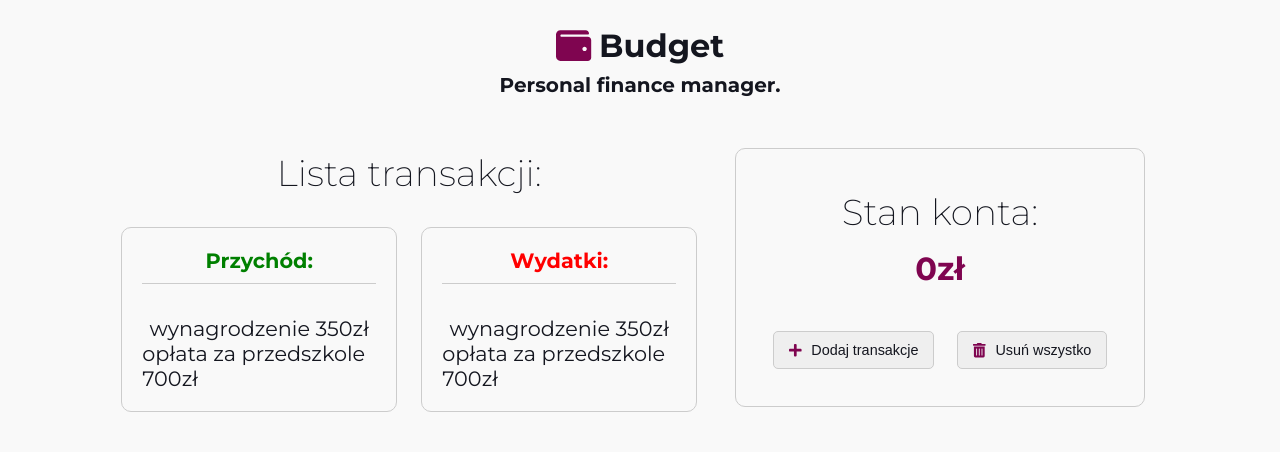
Repository: KrzysKolo/sr_tydzien4_zad4
Page: /
These files come from the project's save history. The page is drawn as it stood at one moment and after the next save; the edit follows.
The browser window is 1280 px wide. The pictures show the whole page.
Some web libraries are served in a nearby version. The project was rebuilt for these pictures with package versions that can differ from the ones it lists, and the page was loaded fresh each time. Also part of the build but not shown: src/components/budgetComponents/formComponents/Header.js, src/components/budgetComponents/formComponents/ErrorMessage.js, src/components/budgetComponents/formComponents/Input.js, src/components/budgetComponents/formComponents/Select.js.

Above is the page before, as saved 2020-12-03 23:10:35.

After the next save:
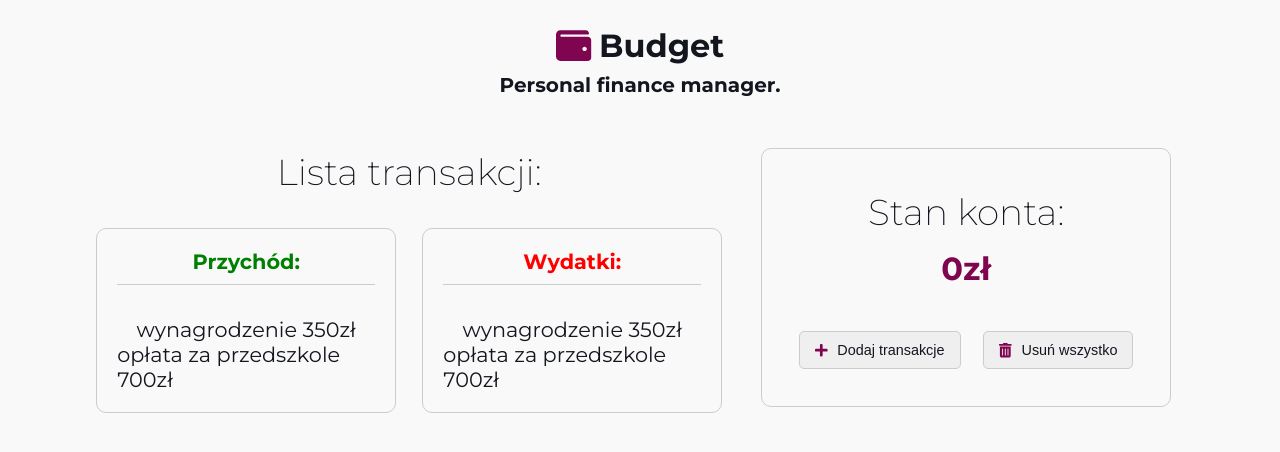
Saved 64 s later.
--- a/src/components/budgetComponents/Section.js
+++ b/src/components/budgetComponents/Section.js
@@ -13,7 +13,8 @@ const SectionWrapper = styled.section`
     align-items: center;
     margin: 2%;
     padding: 20px;
-    width: 300px;
+    min-width: 300px;
+    width: 30%;
 `;
 const Section = ({ title, label }) => {
    return (
